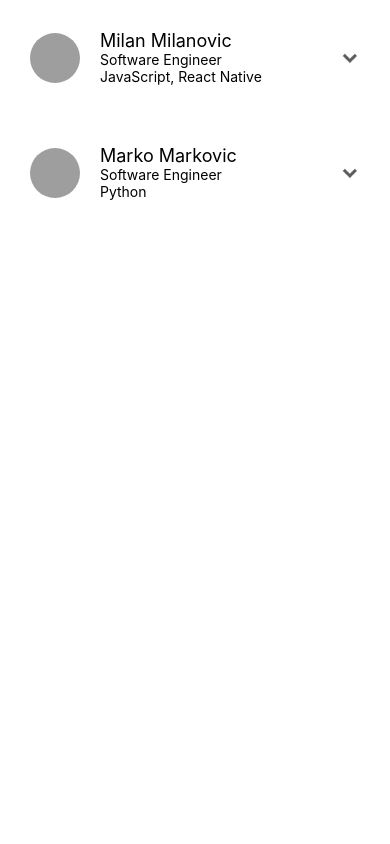
Repository: likanbl/intern-feature
Screen: /
These files come from the project's save history. The screen is drawn as it stood at one moment and after the next save; the edit follows.
Pictures or frames that could not be fetched are drawn as grey boxes. The app was drawn by React Native's web renderer in a window 390 px wide. The project was rebuilt for these pictures with package versions that can differ from the ones it lists, and the page was loaded fresh each time.

Above is the screen before, as saved 2019-09-16 09:39:50.

After the next save:
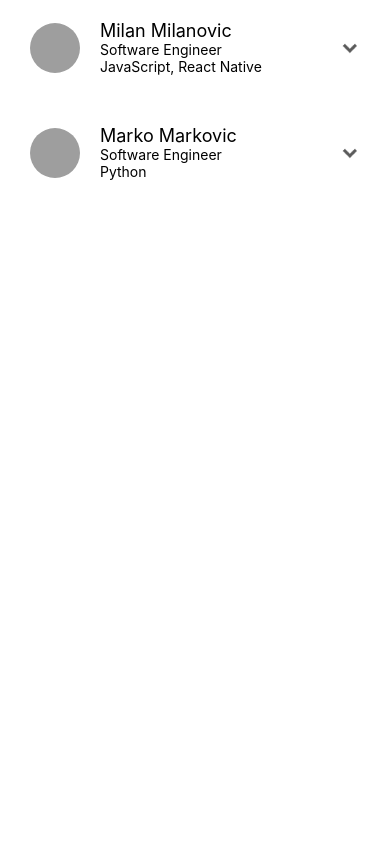
Saved 23 s later.
--- a/src/components/home/styles.js
+++ b/src/components/home/styles.js
@@ -9,7 +9,7 @@
     flex: 1,
     flexDirection: 'column',
     elevation: 2,
-    paddingTop: 15,
+    paddingTop: 5,
     borderRadius: 4,
     padding: 15,
   },

After the save that followed:
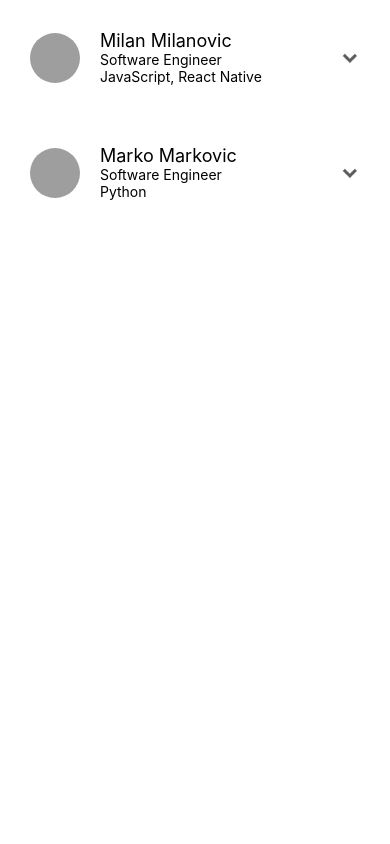
Saved 16 s later.
--- a/src/components/home/styles.js
+++ b/src/components/home/styles.js
@@ -9,7 +9,7 @@
     flex: 1,
     flexDirection: 'column',
     elevation: 2,
-    paddingTop: 5,
+
     borderRadius: 4,
     padding: 15,
   },
